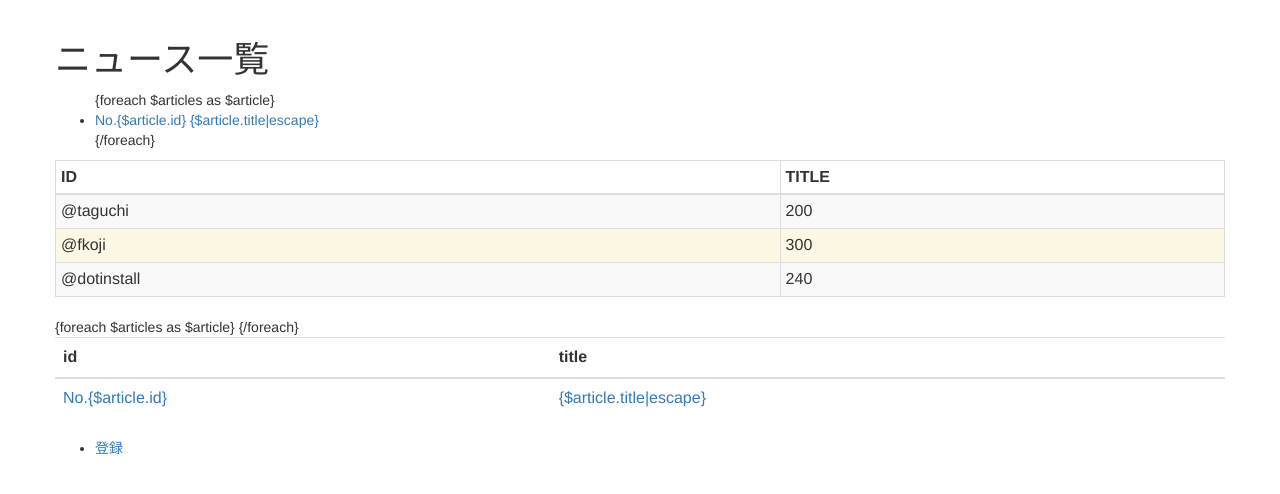
Repository: misakitaro/news-php-20160704-cl9
Page: templates/index.html
The author's editor kept a record of every edit. The page is drawn from the files as they stood at one moment, then again after the next edit.
The browser window is 1280 px wide. The pictures show the whole page.

Above is the page before.

After the next edit:
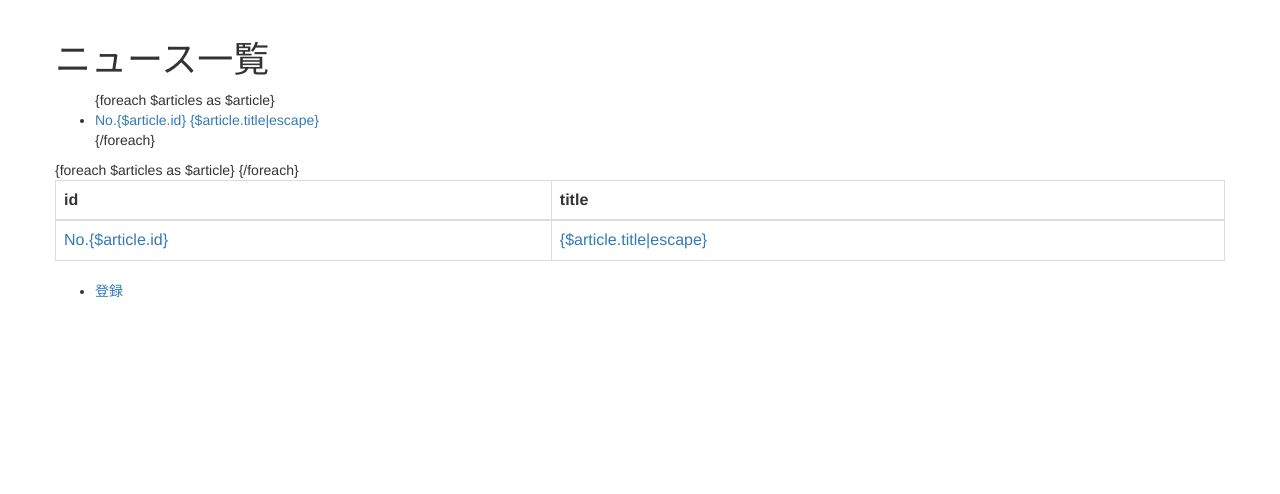
The edit:
--- a/templates/index.html
+++ b/templates/index.html
@@ -18,30 +18,7 @@
       {/foreach}
     </ul>
 
-    <table class="table table-striped table-bordered table-hover table-condensed">
-      <thead>
-        <tr>
-          <th>ID</th>
-          <th>TITLE</th>
-        </tr>
-      </thead>
-      <tbody>
-        <tr>
-          <td>@taguchi</td>
-          <td>200</td>
-        </tr>
-        <tr class="warning">
-          <td>@fkoji</td>
-          <td>300</td>
-        </tr>
-        <tr>
-          <td>@dotinstall</td>
-          <td>240</td>
-        </tr>
-      </tbody>
-    </table>
-
-    <table class="table">
+    <table class="table table-bordered table-hover">
       <thread>
         <tr>
           <th>id</th>
